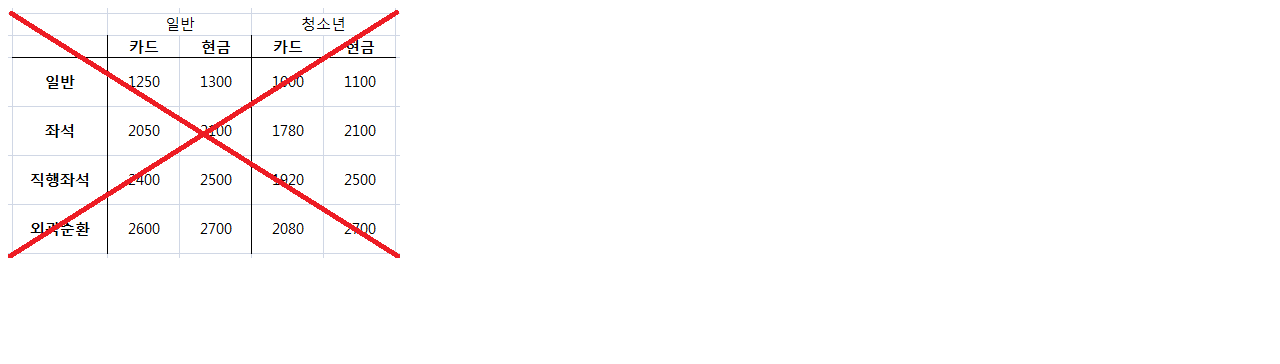
Repository: eun-chongzzz/jsp_practice
Page: http://localhost/JSPBasic/jspObject/4.objecttest/bus_senior.jsp
An editor plug-in stored every save of this project. The page is shown before and after the next save, followed by the edit.
The browser window is 1280 px wide. The pictures show the whole page.
The page is served by Tomcat 9.

Above is the page before, as saved 2022-02-07 05:30:33.

### JSPBasic/src/main/webapp/jspObject/4.objecttest/bus_senior.jsp
<%@ page language="java" contentType="text/html; charset=UTF-8"
    pageEncoding="UTF-8"%>
<!DOCTYPE html>
<html>
<head>
<meta charset="UTF-8">
<title>Insert title here</title>
</head>
<body>
	<img src="repository/노인.png">
</body>
</html>

After the next save:
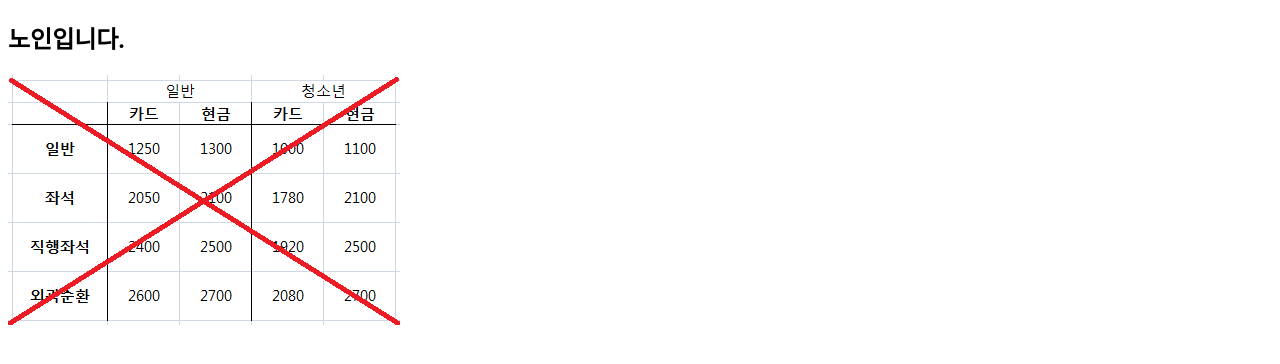
Saved 10 s later.
--- a/JSPBasic/src/main/webapp/jspObject/4.objecttest/bus_senior.jsp
+++ b/JSPBasic/src/main/webapp/jspObject/4.objecttest/bus_senior.jsp
@@ -7,6 +7,7 @@
 <title>Insert title here</title>
 </head>
 <body>
+	<h2>노인입니다.</h2>
 	<img src="repository/노인.png">
 </body>
 </html>
